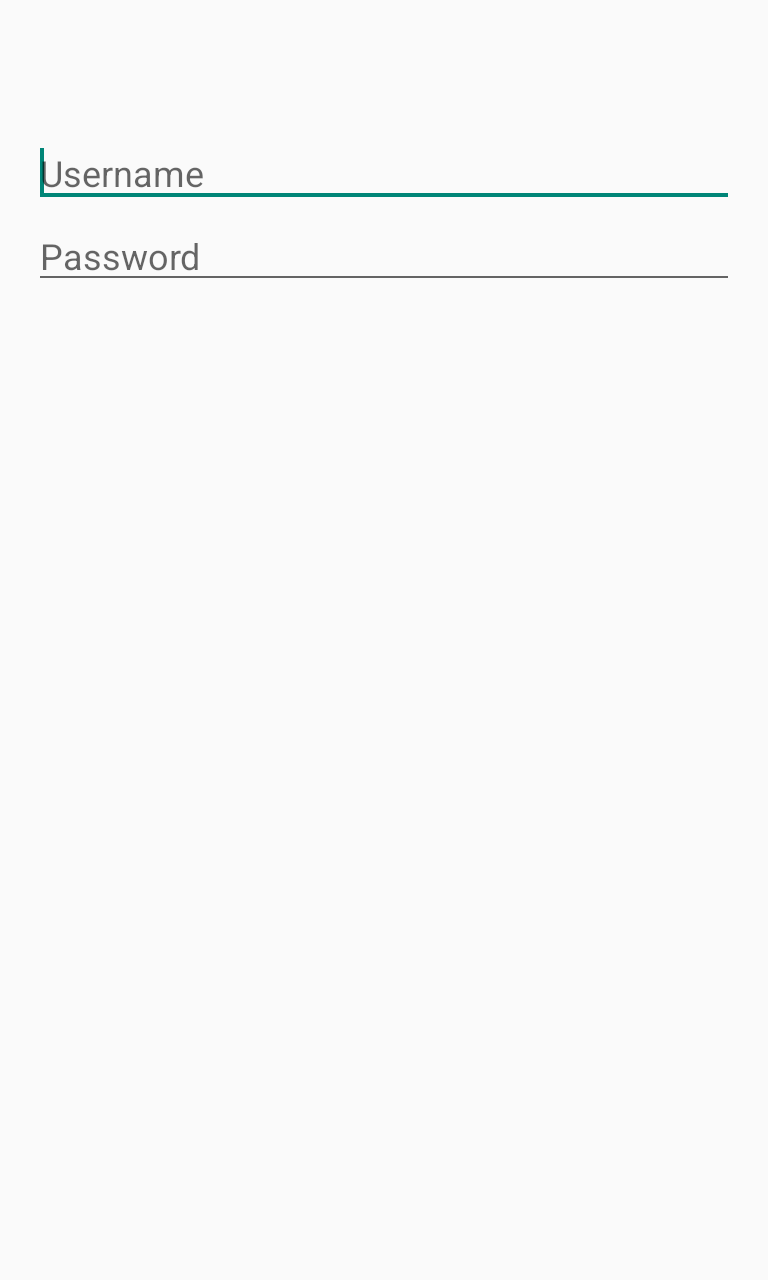
Repository: mboya/healthylife
Layout: Healthy Life/res/layout/activity_healthy_life_login.xml
These files come from the project's save history. The layout is drawn as it stood at one moment and after the next save; the edit follows.
It is drawn on a 768 x 1280 px phone screen (xhdpi) without system bars, with theme AppTheme; the app's code is not run.

Above is the layout before, as saved 2015-04-19 08:24:09.

After the next save:
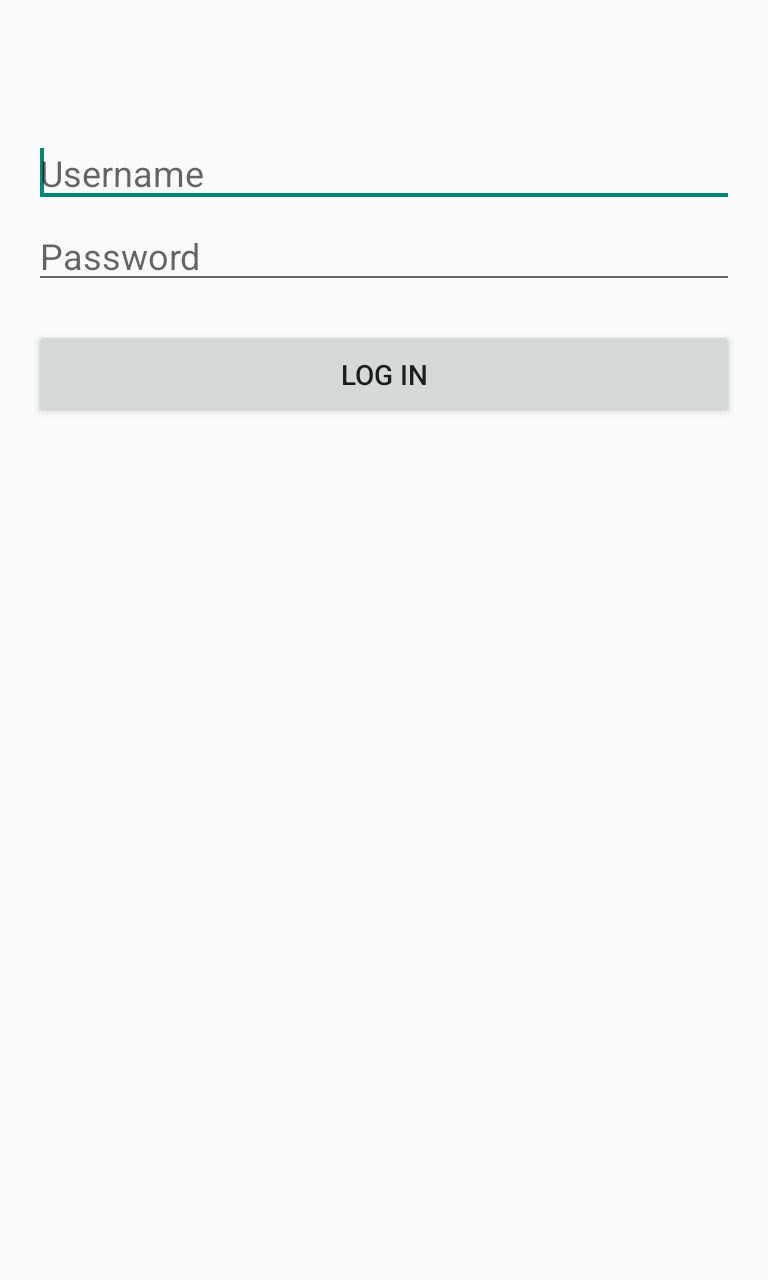
Saved 5 s later.
--- a/Healthy Life/res/layout/activity_healthy_life_login.xml
+++ b/Healthy Life/res/layout/activity_healthy_life_login.xml
@@ -31,4 +31,15 @@
         android:inputType="textPassword"
         android:singleLine="true" />
 
+    <Button
+        android:id="@+id/button1"
+        android:layout_width="match_parent"
+        android:layout_height="wrap_content"
+        android:layout_below="@+id/editText2"
+        android:layout_centerHorizontal="true"
+        android:layout_marginLeft="16dp"
+        android:layout_marginRight="16dp"
+        android:layout_marginTop="16dp"
+        android:text="@string/login" />
+
 </RelativeLayout>
